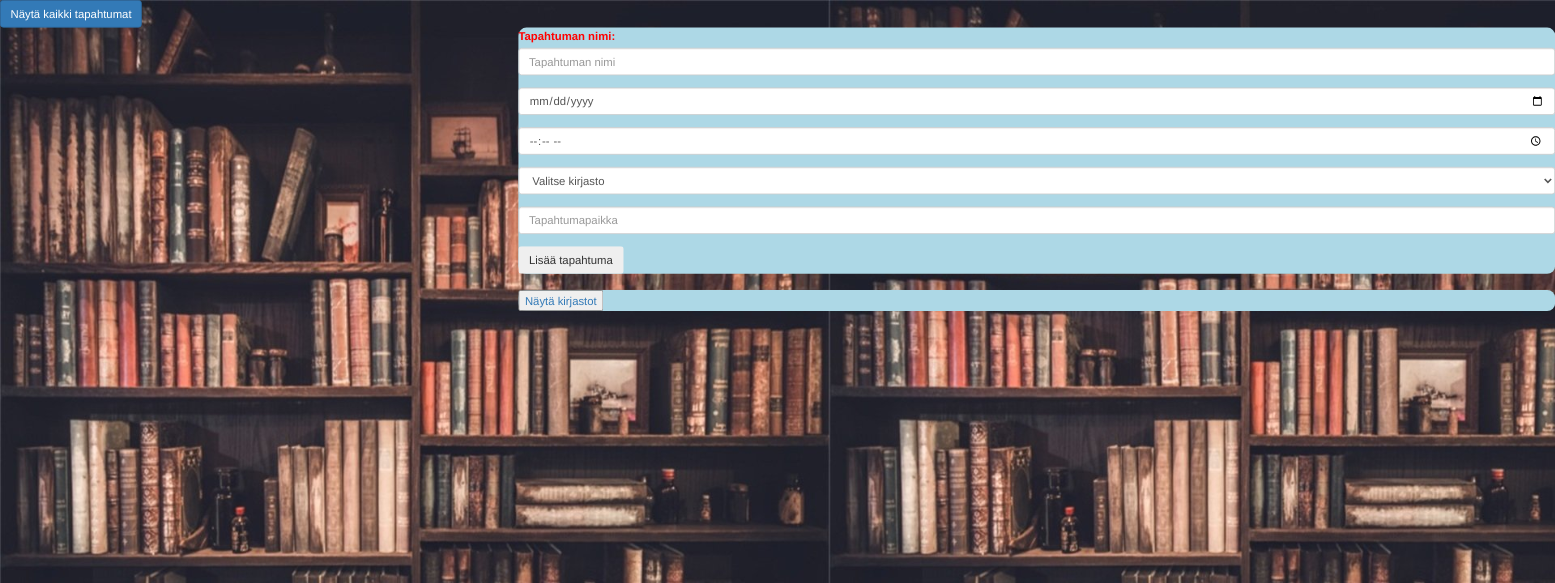
Repository: VadimZubchenko/Kirjastotapahtumat
Page: Webpage/index.html
The author's editor kept a copy of each file at every save. The page is drawn from the files as they stood at one save, then again after the next save.
The browser window is 1280 px wide. The page is 1920 px wide, so the pictures cover 1920 px, including what lies to the right of the window. The pictures show the whole page, at 81% of full size.
The page's requests for data from a server got no answer.

Above is the page before, as saved 2023-11-22 17:23:38.

After the next save:
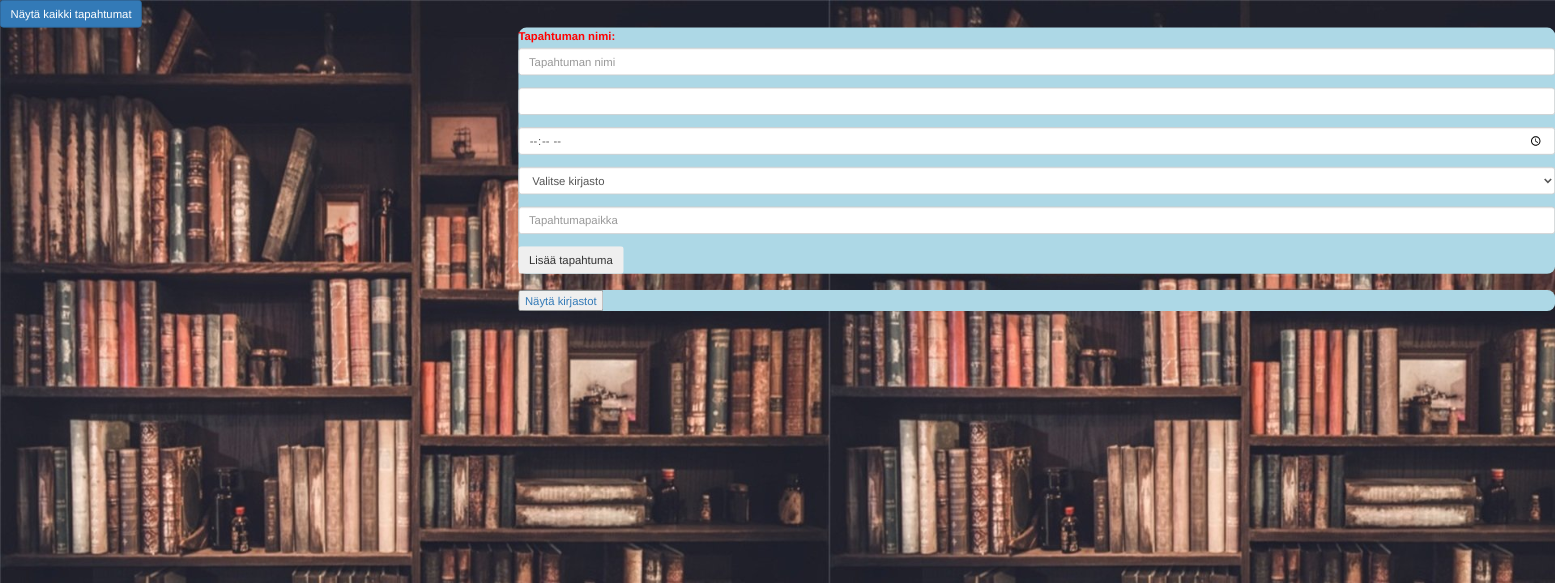
Saved 52 s later.
--- a/Webpage/index.html
+++ b/Webpage/index.html
@@ -124,7 +124,7 @@
         />
       </div>
       <div class="form-group">
-        <input type="date" name="eventdate" class="form-control" />
+        <input type="datetime" name="eventdate" class="form-control" />
       </div>
       <div class="form-group">
         <input type="time" name="eventtime" class="form-control" />

After the save that followed:
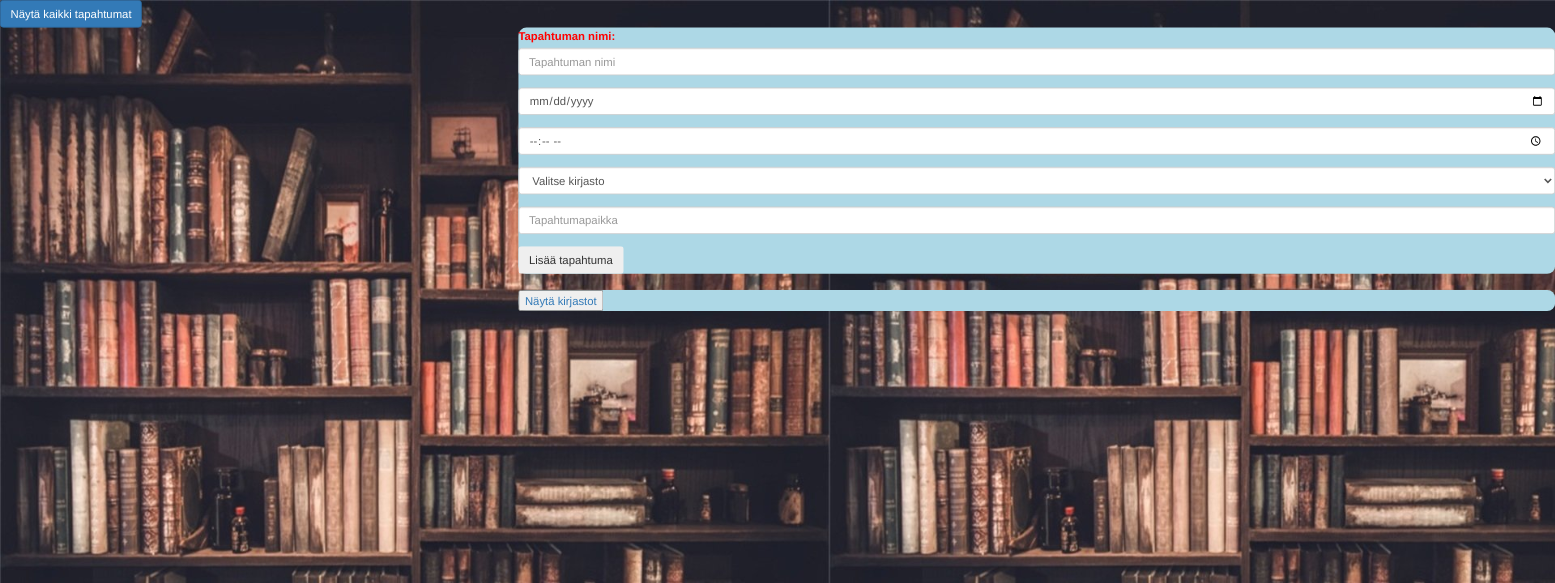
Saved 37 s later.
--- a/Webpage/index.html
+++ b/Webpage/index.html
@@ -124,7 +124,7 @@
         />
       </div>
       <div class="form-group">
-        <input type="datetime" name="eventdate" class="form-control" />
+        <input type="date" name="eventdate" class="form-control" />
       </div>
       <div class="form-group">
         <input type="time" name="eventtime" class="form-control" />
